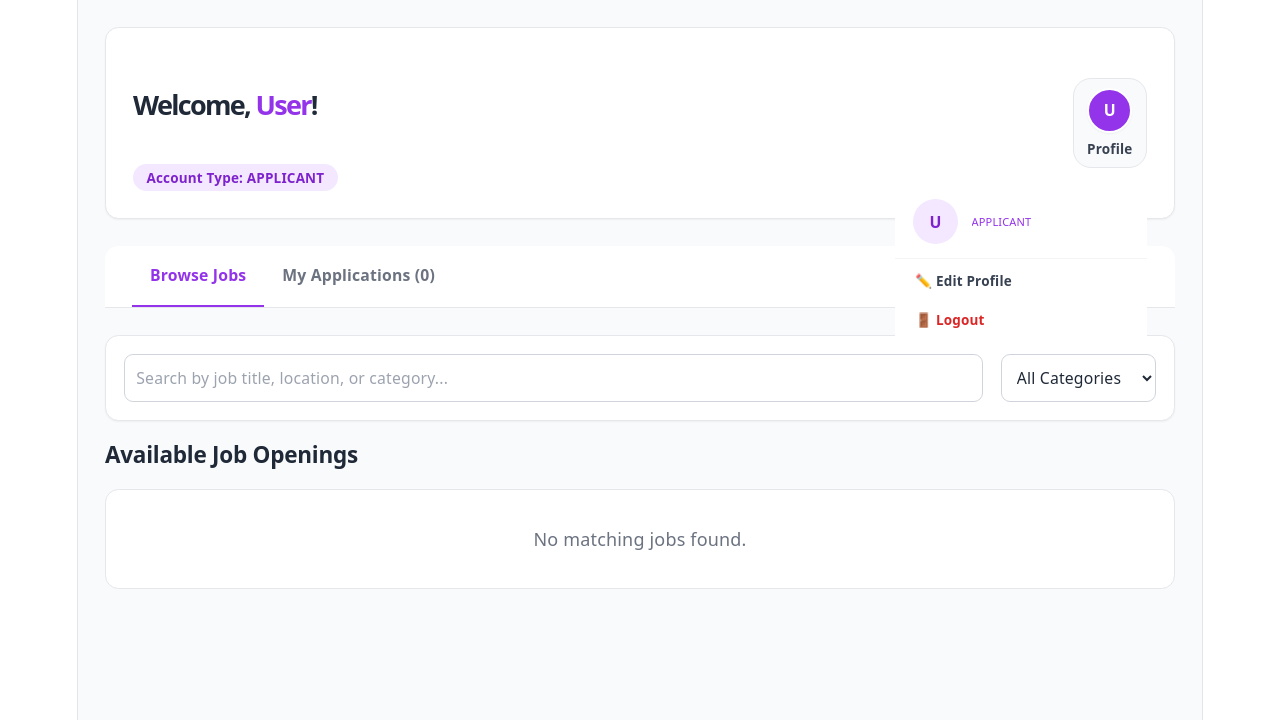
Repository: mdkawsarjomadder/job-portal
Page: /dashboard (app in job-portal/frontend/), after clicking the first element matching `button.flex`
These files come from the project's save history. The page is drawn as it stood at one moment and after the next save; the edit follows.
The browser window is 1280 px wide. The pictures show the whole page.
The page's requests for data from a server got no answer. The project was rebuilt for these pictures with package versions that can differ from the ones it lists, and the page was loaded fresh each time. No one was signed in, and anything a server would have sent is missing. Also part of the build but not shown: job-portal/frontend/vite.config.js, job-portal/frontend/src/pages/Login.jsx, job-portal/frontend/src/pages/Register.jsx, job-portal/frontend/src/pages/EmployerDashboard.jsx, job-portal/frontend/src/pages/MyApplications.jsx, job-portal/frontend/src/pages/CreateJob.jsx, job-portal/frontend/src/pages/Home.jsx. Imported but missing from the stored project, and not drawn on this page: job-portal/frontend/src/pages/Profile.

Above is the page before, as saved 2026-09-18 21:03:40.

### job-portal/frontend/src/index.css
@tailwind base;
@tailwind components;
@tailwind utilities;

:root {
  --text: #6b6375;
  --text-h: #08060d;
  --bg: #fff;
  --border: #e5e4e7;
  --code-bg: #f4f3ec;
  --accent: #aa3bff;
  --accent-bg: rgba(170, 59, 255, 0.1);
  --accent-border: rgba(170, 59, 255, 0.5);
  --social-bg: rgba(244, 243, 236, 0.5);
  --shadow: rgba(0, 0, 0, 0.1) 0 10px 15px -3px, rgba(0, 0, 0, 0.05) 0 4px 6px -2px;

  --sans: system-ui, 'Segoe UI', Roboto, sans-serif;
  --heading: system-ui, 'Segoe UI', Roboto, sans-serif;
  --mono: ui-monospace, Consolas, monospace;

  font: 18px/145% var(--sans);
  letter-spacing: 0.18px;
  color-scheme: light dark;
  color: var(--text);
  background: var(--bg);
  font-synthesis: none;
  text-rendering: optimizeLegibility;
  -webkit-font-smoothing: antialiased;
  -moz-osx-font-smoothing: grayscale;
}

@media (max-width: 1024px) {
  :root {
    font-size: 16px;
  }
}

@media (prefers-color-scheme: dark) {
  :root {
    --text: #9ca3af;
    --text-h: #f3f4f6;
    --bg: #16171d;
    --border: #2e303a;
    --code-bg: #1f2028;
    --accent: #c084fc;
    --accent-bg: rgba(192, 132, 252, 0.15);
    --accent-border: rgba(192, 132, 252, 0.5);
    --social-bg: rgba(47, 48, 58, 0.5);
    --shadow: rgba(0, 0, 0, 0.4) 0 10px 15px -3px, rgba(0, 0, 0, 0.25) 0 4px 6px -2px;
  }

  #social .button-icon {
    filter: invert(1) brightness(2);
  }
}

body {
  margin: 0;
}

#root {
  width: 1126px;
  max-width: 100%;
  margin: 0 auto;
  text-align: center;
  border-inline: 1px solid var(--border);
  min-height: 100svh;
  display: flex;
  flex-direction: column;
  box-sizing: border-box;
}

h1,
h2 {
  font-family: var(--heading);
  font-weight: 500;
  color: var(--text-h);
}

h1 {
  font-size: 56px;
  letter-spacing: -1.68px;
  margin: 32px 0;
}

h2 {
  font-size: 24px;
  line-height: 118%;
  letter-spacing: -0.24px;
  margin: 0 0 8px;
}

@media (max-width: 1024px) {
  h1 {
    font-size: 36px;
    margin: 20px 0;
  }
  h2 {
    font-size: 20px;
  }
}

p {
  margin: 0;
}

code,
.counter {
  font-family: var(--mono);
  display: inline-flex;
  border-radius: 4px;
  color: var(--text-h);
}

code {
  font-size: 15px;
  line-height: 135%;
  padding: 4px 8px;
  background: var(--code-bg);
}

### job-portal/frontend/src/App.jsx
import { BrowserRouter as Router, Routes, Route, Navigate } from 'react-router-dom';
import Login from './pages/Login';
import Register from './pages/Register';
import ApplicantDashboard from './pages/ApplicantDashboard';
import EmployerDashboard from './pages/EmployerDashboard';
import MyApplications from './pages/MyApplications';
import CreateJob from './pages/CreateJob';
import Home from './pages/Home';
import Profile from './pages/Profile';



function App() {
  return (
    <Router>
      <Routes>
        <Route path="/" element={<Home />} />
        <Route path="/home" element={<Home />} />
        <Route path="/login" element={<Login />} />
        <Route path="/profile" element={<Profile />} />
        <Route path="/register" element={<Register />} />
        <Route path="/my-applications" element={<MyApplications />} />
        <Route path="/dashboard" element={<ApplicantDashboard />} />
        <Route path="/employerdashboard" element={<EmployerDashboard />} />
        <Route path="/create-job" element={<CreateJob />} />
        <Route path="*" element={<Navigate to="/" replace />} />
      </Routes>
    </Router>
  );
}

export default App;

### job-portal/frontend/src/pages/ApplicantDashboard.jsx
import React, { useState, useEffect, useRef } from 'react';
import axios from 'axios';
import { useNavigate } from 'react-router-dom';

export default function ApplicantDashboard() {
  const navigate = useNavigate();
  const [user, setUser] = useState(null);
  const [jobs, setJobs] = useState([]);
  const [appliedJobs, setAppliedJobs] = useState([]);
  const [activeTab, setActiveTab] = useState('browse');
  const [selectedJob, setSelectedJob] = useState(null);
  const [resumeFile, setResumeFile] = useState(null);
  const [isModalOpen, setIsModalOpen] = useState(false);

  // Profile Dropdown State
  const [isDropdownOpen, setIsDropdownOpen] = useState(false);
  const dropdownRef = useRef(null);

  // Loading & Toast Notification States
  const [isSubmitting, setIsSubmitting] = useState(false);
  const [toastMessage, setToastMessage] = useState('');
  const [toastType, setToastType] = useState('success');

  // Search & Filter States
  const [searchTerm, setSearchTerm] = useState('');
  const [selectedCategory, setSelectedCategory] = useState('All');

  useEffect(() => {
    const storedUser = localStorage.getItem('user');
    if (storedUser) {
      setUser(JSON.parse(storedUser));
    }

    fetchJobs();
    fetchMyApplications();
  }, []);

  // Dropdown Close on Outside Click
  useEffect(() => {
    const handleClickOutside = (event) => {
      if (dropdownRef.current && !dropdownRef.current.contains(event.target)) {
        setIsDropdownOpen(false);
      }
    };
    document.addEventListener('mousedown', handleClickOutside);
    return () => document.removeEventListener('mousedown', handleClickOutside);
  }, []);

  const fetchJobs = async () => {
    try {
      const res = await axios.get('http://localhost:5000/api/jobs');
      setJobs(res.data);
    } catch (err) {
      console.error('Error fetching jobs:', err);
    }
  };

  const fetchMyApplications = async () => {
    const token = localStorage.getItem('token');
    if (!token) return;

    try {
      const res = await axios.get('http://localhost:5000/api/jobs/my-applications', {
        headers: { Authorization: `Bearer ${token}` },
      });
      setAppliedJobs(res.data);
    } catch (err) {
      console.error('Error fetching applications:', err);
    }
  };

  const showToast = (message, type = 'success') => {
    setToastMessage(message);
    setToastType(type);

    setTimeout(() => {
      setToastMessage('');
    }, 4000);
  };

  const handleApplyClick = (job) => {
    const token = localStorage.getItem('token');
    if (!token) {
      showToast('Please login to apply', 'error');
      return;
    }
    setSelectedJob(job);
    setIsModalOpen(true);
  };

  const handleFormSubmit = async (e) => {
    e.preventDefault();

    if (!resumeFile) {
      showToast('Please select a PDF resume file first!', 'error');
      return;
    }

    const token = localStorage.getItem('token');

    const formData = new FormData();
    formData.append('jobId', selectedJob.id);
    formData.append('resume', resumeFile);

    setIsSubmitting(true);

    try {
      const res = await axios.post('http://localhost:5000/api/jobs/apply', formData, {
        headers: {
          Authorization: `Bearer ${token}`,
          'Content-Type': 'multipart/form-data',
        },
      });

      setIsSubmitting(false);
      setIsModalOpen(false);
      setResumeFile(null);
      setSelectedJob(null);
      fetchMyApplications();

      showToast(res.data.message || 'Applied successfully with uploaded resume!', 'success');

    } catch (err) {
      setIsSubmitting(false);
      console.error('Application Error:', err);
      showToast(err.response?.data?.message || 'Failed to apply', 'error');
    }
  };

  const handleLogout = () => {
    localStorage.removeItem('token');
    localStorage.removeItem('user');
    navigate('/login');
  };

  const filteredJobs = jobs.filter((job) => {
    const query = searchTerm.trim().toLowerCase();

    const titleMatch = job?.title ? job.title.toLowerCase().includes(query) : false;
    const locationMatch = job?.location ? job.location.toLowerCase().includes(query) : false;
    const categoryMatch = job?.category ? job.category.toLowerCase().includes(query) : false;

    const matchesSearch = query === '' || titleMatch || locationMatch || categoryMatch;

    const matchesCategoryDropdown =
      selectedCategory === 'All' ||
      (job?.category && job.category.toLowerCase() === selectedCategory.toLowerCase());

    return matchesSearch && matchesCategoryDropdown;
  });

  return (
    <div className="min-h-screen bg-gray-50 p-6 text-left relative">

      {/* Toast Notification */}
      {toastMessage && (
        <div className="fixed top-5 right-5 z-50 animate-bounce">
          <div
            className={`px-5 py-3 rounded-xl shadow-lg text-white text-sm font-semibold flex items-center gap-2 ${
              toastType === 'success' ? 'bg-green-600' : 'bg-red-600'
            }`}
          >
            <span>{toastType === 'success' ? '✓' : '✕'}</span>
            <span>{toastMessage}</span>
          </div>
        </div>
      )}

      <div className="max-w-5xl mx-auto space-y-6">

        {/* Profile Header Card */}
        <div className="bg-white p-6 rounded-xl shadow-sm border border-gray-200 flex flex-col md:flex-row justify-between items-start md:items-center gap-4">
          <div>
            <h1 className="text-2xl font-bold text-gray-800">
              Welcome, <span className="text-purple-600">{user?.name || 'User'}</span>!
            </h1>
            <p className="text-sm text-gray-500">{user?.email}</p>
            <span className="inline-block mt-2 px-3 py-1 bg-purple-100 text-purple-700 text-xs font-semibold rounded-full">
              Account Type: {user?.role || 'APPLICANT'}
            </span>
          </div>

          {/* User Profile Dropdown Button */}
        {/* Vertical Profile Dropdown Button */}
<div className="relative" ref={dropdownRef}>
  <button
    onClick={() => setIsDropdownOpen(!isDropdownOpen)}
    className="flex flex-col items-center gap-1.5 p-2 px-3 bg-gray-50 hover:bg-gray-100 border border-gray-200 rounded-2xl transition focus:outline-none"
  >
    {/* Profile Image/Avatar (Top) */}
    <div className="w-10 h-10 rounded-full bg-purple-600 text-white font-extrabold text-sm flex items-center justify-center border-2 border-white shadow-sm overflow-hidden shrink-0">
      {user?.avatar ? (
        <img src={user.avatar} alt={user.name} className="w-full h-full object-cover" />
      ) : (
        user?.name?.charAt(0).toUpperCase() || 'U'
      )}
    </div>

    {/* User Name (Bottom) */}
    <span className="text-xs font-bold text-gray-700 max-w-[100px] truncate text-center">
      {user?.name || 'Profile'}
    </span>
  </button>

  {/* Dropdown Menu */}
  {isDropdownOpen && (
    <div className="absolute right-0 mt-2 w-56 bg-white  py-2 z-50">
      <div className="px-4 py-3 border-b border-gray-100 flex items-center gap-3">
        <div className="w-10 h-10 rounded-full bg-purple-100 text-purple-700 font-extrabold text-sm flex items-center justify-center shrink-0">
          {user?.name?.charAt(0).toUpperCase() || 'U'}
        </div>
        <div className="overflow-hidden">
          <p className="text-sm font-bold text-gray-800 truncate">{user?.name}</p>
          <p className="text-[11px] font-medium text-purple-600 truncate">
            {user?.role || 'APPLICANT'}
          </p>
        </div>
      </div>

      <div className="px-1.5 py-1">
        <button
          onClick={() => {
            setIsDropdownOpen(false);
            navigate('/profile');
          }}
          className="w-full text-left px-3 py-2 text-xs font-semibold text-gray-700 hover:bg-gray-50 rounded-xl transition flex items-center gap-2"
        >
          ✏️ Edit Profile
        </button>

        <button
          onClick={handleLogout}
          className="w-full text-left px-3 py-2 text-xs font-semibold text-red-600 hover:bg-red-50 rounded-xl transition flex items-center gap-2 mt-0.5"
        >
          🚪 Logout
        </button>
      </div>
    </div>
  )}
</div>

        </div>

        {/* Navigation Tabs */}
        <div className="flex border-b border-gray-200 bg-white px-6 rounded-t-xl">
          <button
            onClick={() => setActiveTab('browse')}
            className={`py-4 px-4 font-semibold text-sm border-b-2 transition-colors ${
              activeTab === 'browse'
                ? 'border-purple-600 text-purple-600'
                : 'border-transparent text-gray-500 hover:text-gray-700'
            }`}
          >
            Browse Jobs
          </button>
          <button
            onClick={() => setActiveTab('applications')}
            className={`py-4 px-4 font-semibold text-sm border-b-2 transition-colors ${
              activeTab === 'applications'
                ? 'border-purple-600 text-purple-600'
                : 'border-transparent text-gray-500 hover:text-gray-700'
            }`}
          >
            My Applications ({appliedJobs.length})
          </button>
        </div>

        {/* Tab Content */}
        {activeTab === 'browse' ? (
          <div className="space-y-4">
            {/* Search Bar & Category Select */}
            <div className="flex flex-col md:flex-row gap-4 bg-white p-4 rounded-xl border border-gray-200 shadow-sm">
              <input
                type="text"
                placeholder="Search by job title, location, or category..."
                value={searchTerm}
                onChange={(e) => setSearchTerm(e.target.value)}
                className="flex-1 border border-gray-300 rounded-lg p-2.5 text-sm text-gray-800 bg-white focus:outline-none focus:ring-2 focus:ring-purple-500"
              />
              <select
                value={selectedCategory}
                onChange={(e) => setSelectedCategory(e.target.value)}
                className="border border-gray-300 rounded-lg p-2.5 text-sm text-gray-800 focus:outline-none focus:ring-2 focus:ring-purple-500 bg-white"
              >
                <option value="All">All Categories</option>
                <option value="IT">IT / Software</option>
                <option value="Dev Developer">Dev Developer</option>
                <option value="Design">Design</option>
                <option value="Marketing">Marketing</option>
              </select>
            </div>

            <h2 className="text-xl font-bold text-gray-800">Available Job Openings</h2>

            {filteredJobs.length === 0 ? (
              <div className="bg-white p-8 text-center text-gray-500 rounded-xl border border-gray-200">
                No matching jobs found.
              </div>
            ) : (
              <div className="grid grid-cols-1 md:grid-cols-2 gap-4">
                {filteredJobs.map((job) => (
                  <div key={job.id} className="bg-white p-5 rounded-xl border border-gray-200 shadow-sm hover:shadow-md transition">
                    <div className="flex justify-between items-start">
                      <div>
                        <h3 className="font-bold text-lg text-gray-800">{job.title}</h3>
                        <p className="text-sm text-gray-500 font-medium">{job.employer?.name || 'Company'}</p>
                      </div>
                      <span className="px-2.5 py-1 bg-green-100 text-green-700 text-xs font-semibold rounded-md">
                        {job.jobType}
                      </span>
                    </div>

                    <div className="mt-4 text-sm text-gray-600 space-y-1">
                      <p>📍 {job.location}</p>
                      <p>💼 {job.category}</p>
                      <p>💰 {job.salary}</p>
                    </div>

                    <button
                      onClick={() => handleApplyClick(job)}
                      className="mt-5 w-full bg-purple-600 hover:bg-purple-700 text-white font-medium py-2 rounded-lg transition duration-200"
                    >
                      Apply Now
                    </button>
                  </div>
                ))}
              </div>
            )}
          </div>
        ) : (
          <div className="space-y-4">
            <h2 className="text-xl font-bold text-gray-800">Applied Jobs</h2>
            {appliedJobs.length === 0 ? (
              <div className="bg-white p-8 text-center text-gray-500 rounded-xl border border-gray-200">
                You haven't applied to any jobs yet.
              </div>
            ) : (
              <div className="bg-white rounded-xl border border-gray-200 overflow-hidden">
                <table className="w-full text-left border-collapse">
                  <thead>
                    <tr className="bg-gray-50 border-b border-gray-200 text-xs font-semibold text-gray-500 uppercase">
                      <th className="p-4">Job Title</th>
                      <th className="p-4">Category</th>
                      <th className="p-4">Applied Date</th>
                      <th className="p-4">Status</th>
                    </tr>
                  </thead>
                  <tbody className="divide-y divide-gray-200 text-sm">
                    {appliedJobs.map((app) => (
                      <tr key={app.id}>
                        <td className="p-4 font-semibold text-gray-800">{app.job?.title}</td>
                        <td className="p-4 text-gray-600">{app.job?.category}</td>
                        <td className="p-4 text-gray-500">
                          {new Date(app.appliedAt).toLocaleDateString()}
                        </td>
                        <td className="p-4">
                          <span
                            className={`px-2.5 py-1 text-xs font-semibold rounded-full ${
                              app.status === 'SHORTLISTED'
                                ? 'bg-green-100 text-green-700'
                                : app.status === 'REJECTED'
                                ? 'bg-red-100 text-red-700'
                                : 'bg-yellow-100 text-yellow-800'
                            }`}
                          >
                            {app.status}
                          </span>
                        </td>
                      </tr>
                    ))}
                  </tbody>
                </table>
              </div>
            )}
          </div>
        )}

      </div>

      {/* File Upload Modal */}
      {isModalOpen && (
        <div className="fixed inset-0 bg-black/50 backdrop-blur-sm flex justify-center items-center p-4 z-50">
          <div className="bg-white rounded-2xl p-6 max-w-md w-full shadow-xl space-y-4">
            <div className="flex justify-between items-center border-b pb-3">
              <h3 className="font-bold text-lg text-gray-800">
                Apply for <span className="text-purple-600">{selectedJob?.title}</span>
              </h3>
              <button
                onClick={() => setIsModalOpen(false)}
                className="text-gray-400 hover:text-gray-600 text-lg font-bold"
              >
                ✕
              </button>
            </div>

            <form onSubmit={handleFormSubmit} className="space-y-4">
              <div>
                <label className="block text-sm font-semibold text-gray-700 mb-2">
                  Upload Your Resume (PDF format)
                </label>
                <input
                  type="file"
                  accept=".pdf"
                  onChange={(e) => setResumeFile(e.target.files[0])}
                  className="w-full text-sm text-gray-500 file:mr-4 file:py-2 file:px-4 file:rounded-lg file:border-0 file:text-sm file:font-semibold file:bg-purple-50 file:text-purple-700 hover:file:bg-purple-100 border border-gray-300 rounded-lg p-1.5"
                  required
                />
              </div>

              <div className="flex justify-end gap-3 pt-2">
                <button
                  type="button"
                  onClick={() => setIsModalOpen(false)}
                  className="px-4 py-2 border border-gray-300 rounded-lg text-sm font-medium text-gray-700 hover:bg-gray-50"
                >
                  Cancel
                </button>
                <button
                  type="submit"
                  disabled={isSubmitting}
                  className={`px-4 py-2 bg-purple-600 text-white rounded-lg text-sm font-medium transition ${
                    isSubmitting ? 'opacity-50 cursor-not-allowed' : 'hover:bg-purple-700'
                  }`}
                >
                  {isSubmitting ? 'Uploading...' : 'Submit Application'}
                </button>
              </div>
            </form>
          </div>
        </div>
      )}

    </div>
  );
}

Loaded but not shown: job-portal/frontend/src/main.jsx (common file); job-portal/frontend/tailwind.config.js (common file)

After the next save:
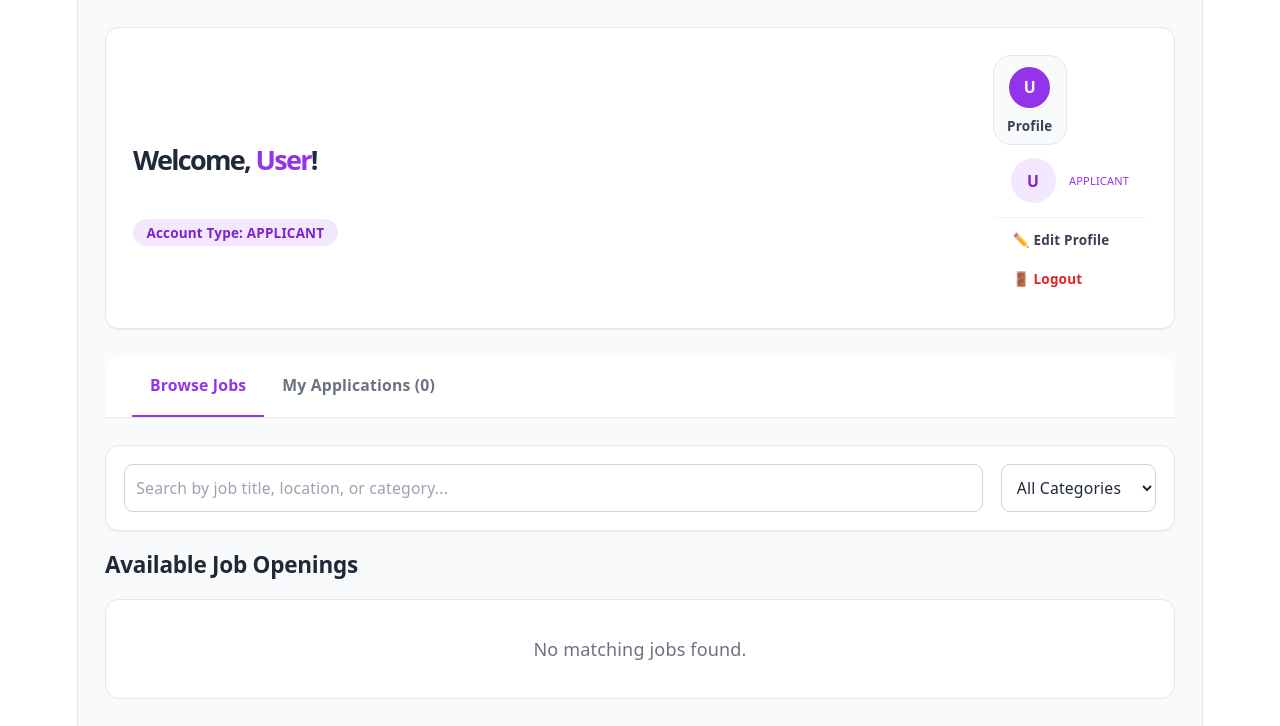
Saved 15 s later.
--- a/job-portal/frontend/src/pages/ApplicantDashboard.jsx
+++ b/job-portal/frontend/src/pages/ApplicantDashboard.jsx
@@ -204,7 +204,7 @@ export default function ApplicantDashboard() {
 
   {/* Dropdown Menu */}
   {isDropdownOpen && (
-    <div className="absolute right-0 mt-2 w-56 bg-white  py-2 z-50">
+    <div className="">
       <div className="px-4 py-3 border-b border-gray-100 flex items-center gap-3">
         <div className="w-10 h-10 rounded-full bg-purple-100 text-purple-700 font-extrabold text-sm flex items-center justify-center shrink-0">
           {user?.name?.charAt(0).toUpperCase() || 'U'}
